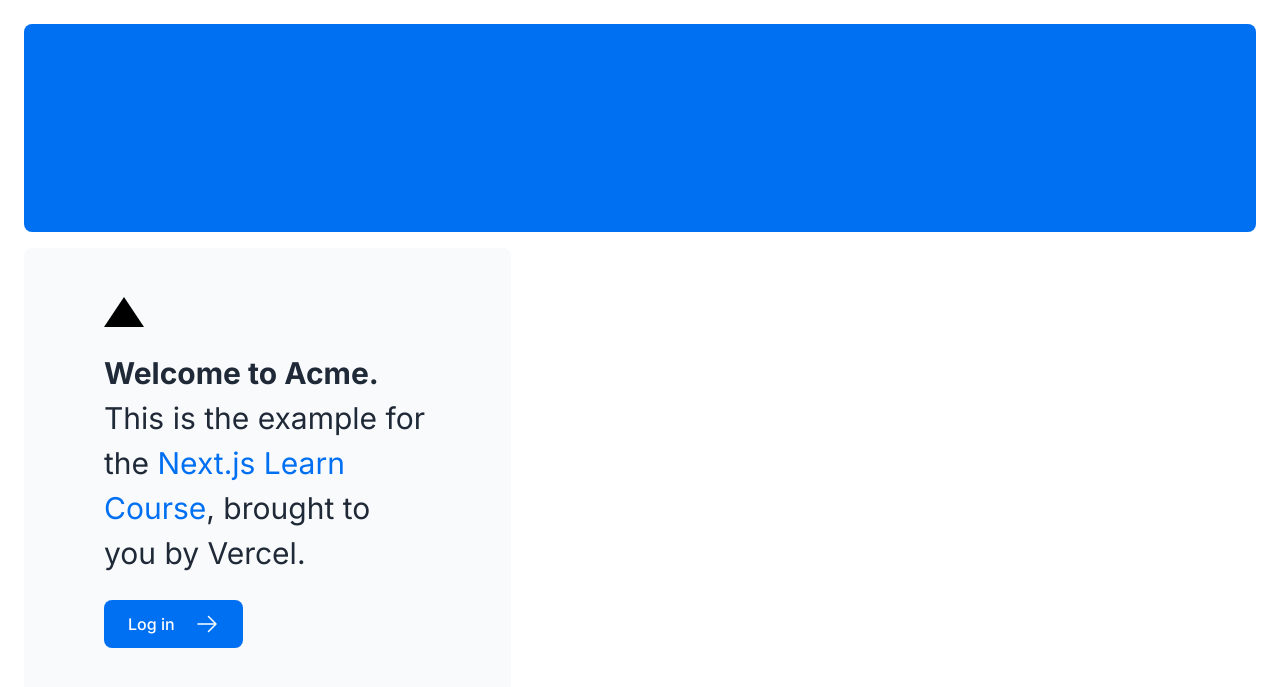
Repository: Comet32/nextjs-dashboard
Page: /
These files come from the project's save history. The page is drawn as it stood at one moment and after the next save; the edit follows.
The browser window is 1280 px wide. The pictures show the whole page.
Some web fonts or font styles are not loaded; a fallback is used. The project was rebuilt for these pictures with package versions that can differ from the ones it lists, and the page was loaded fresh each time. The framework's server and built-in components were replaced by stand-ins that run in the browser. Also part of the build but not shown: next.config.js.

Above is the page before, as saved 2023-11-22 15:40:21.

### app/page.tsx
import AcmeLogo from '@/app/ui/acme-logo';
import { ArrowRightIcon } from '@heroicons/react/24/outline';
import Link from 'next/link';
import { lusitana } from '@/app/ui/fonts';

export default function Page() {
  return (
    <main className="flex min-h-screen flex-col p-6">
      <div className="flex h-20 shrink-0 items-end rounded-lg bg-blue-500 p-4 md:h-52">
        {/* <AcmeLogo /> */}
      </div>
      <div className="mt-4 flex grow flex-col gap-4 md:flex-row">
        <div className="flex flex-col justify-center gap-6 rounded-lg bg-gray-50 px-6 py-10 md:w-2/5 md:px-20">
        <div className="h-0 w-0 border-b-[30px] border-l-[20px] border-r-[20px] border-b-black border-l-transparent border-r-transparent" />
          <p className={`text-xl text-gray-800 md:text-3xl md:leading-normal`}>
            <strong>Welcome to Acme.</strong> This is the example for the{' '}
            <a href="https://nextjs.org/learn/" className="text-blue-500">
              Next.js Learn Course
            </a>
            , brought to you by Vercel.
          </p>
          <Link
            href="/login"
            className="flex items-center gap-5 self-start rounded-lg bg-blue-500 px-6 py-3 text-sm font-medium text-white transition-colors hover:bg-blue-400 md:text-base"
          >
            <span>Log in</span> <ArrowRightIcon className="w-5 md:w-6" />
          </Link>
        </div>
        <div className="flex items-center justify-center p-6 md:w-3/5 md:px-28 md:py-12">
          {/* Add Hero Images Here */}
        </div>
      </div>
    </main>
  );
}

Loaded but not shown: app/layout.tsx (common file); app/ui/global.css (common file); app/ui/fonts.ts (common file); tailwind.config.ts (common file)

After the next save:
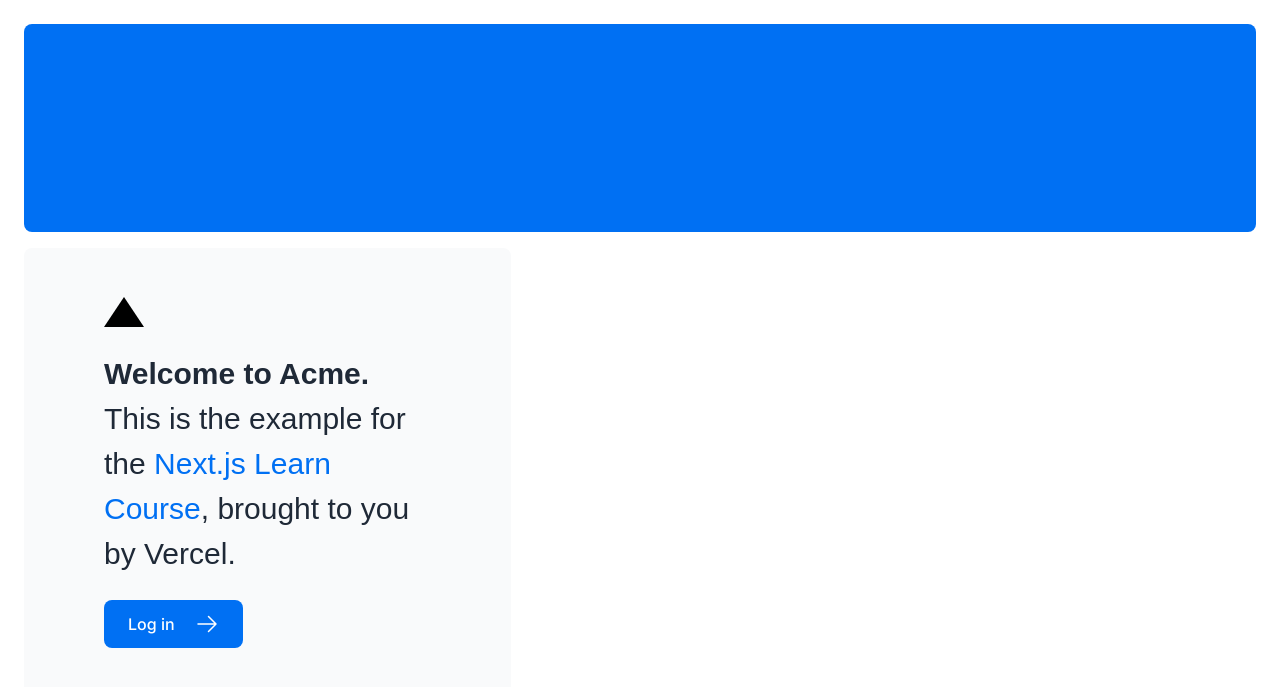
Saved 21 s later.
--- a/app/page.tsx
+++ b/app/page.tsx
@@ -11,8 +11,8 @@
       </div>
       <div className="mt-4 flex grow flex-col gap-4 md:flex-row">
         <div className="flex flex-col justify-center gap-6 rounded-lg bg-gray-50 px-6 py-10 md:w-2/5 md:px-20">
-        <div className="h-0 w-0 border-b-[30px] border-l-[20px] border-r-[20px] border-b-black border-l-transparent border-r-transparent" />
-          <p className={`text-xl text-gray-800 md:text-3xl md:leading-normal`}>
+          <div className="h-0 w-0 border-b-[30px] border-l-[20px] border-r-[20px] border-b-black border-l-transparent border-r-transparent" />
+          <p className={`${lusitana.className} text-xl text-gray-800 md:text-3xl md:leading-normal`}>
             <strong>Welcome to Acme.</strong> This is the example for the{' '}
             <a href="https://nextjs.org/learn/" className="text-blue-500">
               Next.js Learn Course
